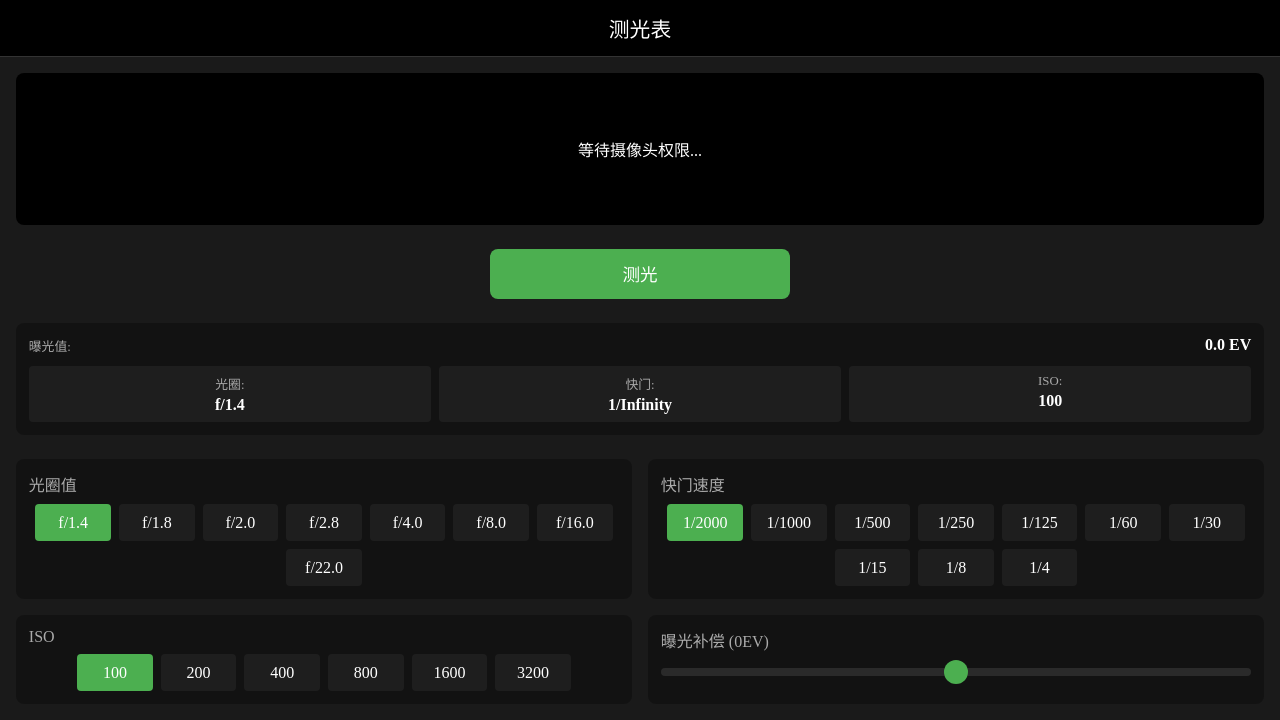
Repository: Gaays/light-meter
Page: /
These files come from the project's save history. The page is drawn as it stood at one moment and after the next save; the edit follows.
The browser window is 1280 px wide. The pictures show the whole page.
The page's requests for data from a server got no answer. The project was rebuilt for these pictures with package versions that can differ from the ones it lists, and the page was loaded fresh each time. No one was signed in, and anything a server would have sent is missing. Also part of the build but not shown: vite.config.ts.

Above is the page before, as saved 2025-03-06 08:44:39.

After the next save:
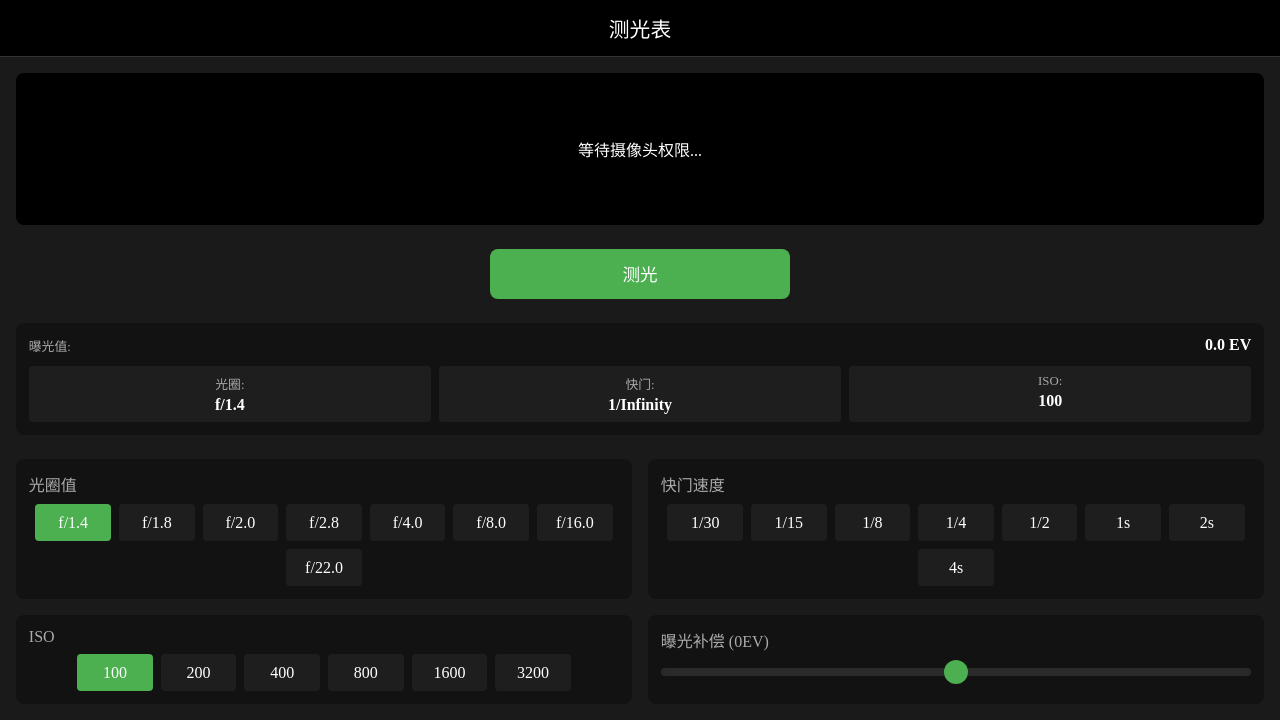
Saved 3 min 44 s later.
--- a/src/views/LightMeterView.vue
+++ b/src/views/LightMeterView.vue
@@ -99,10 +99,16 @@ async function startCamera() {
     if (video.value) {
       video.value.srcObject = stream.value
       video.value.onloadedmetadata = () => {
-        isStreaming.value = true
-        isLoading.value = false
-        // 自动进行一次测光
-        setTimeout(() => analyzeBrightness(), 1000)
+        video.value.play().then(() => {
+          isStreaming.value = true
+          isLoading.value = false
+          // 自动进行一次测光
+          setTimeout(() => analyzeBrightness(), 1000)
+        }).catch(err => {
+          console.error('Error playing video:', err)
+          isLoading.value = false
+          errorMessage.value = '视频播放失败，请刷新页面重试'
+        })
       }
     }
   } catch (error) {
@@ -163,7 +169,8 @@ async function switchCamera() {
 // 计算可用的快门速度列表
 function calculateShutterSpeeds() {
   const baseEv = Math.log2((aperture.value * aperture.value) / (Number(iso.value) / 100))
-  const evRange = 10 // 上下5档曝光值范围
+  // 将曝光值范围从10减少到与光圈值数量相匹配
+  const evRange = Math.floor(apertureValues.length / 2)
   const speeds = []
 
   for (let i = -evRange; i <= evRange; i++) {
@@ -183,7 +190,12 @@ function calculateShutterSpeeds() {
     }
   }
 
-  return speeds.sort((a, b) => a - b)
+  // 确保返回的快门速度数量与光圈值数量相同
+  const sortedSpeeds = speeds.sort((a, b) => a - b)
+  if (sortedSpeeds.length > apertureValues.length) {
+    return sortedSpeeds.slice(0, apertureValues.length)
+  }
+  return sortedSpeeds
 }
 
 // 分析亮度并计算曝光参数
